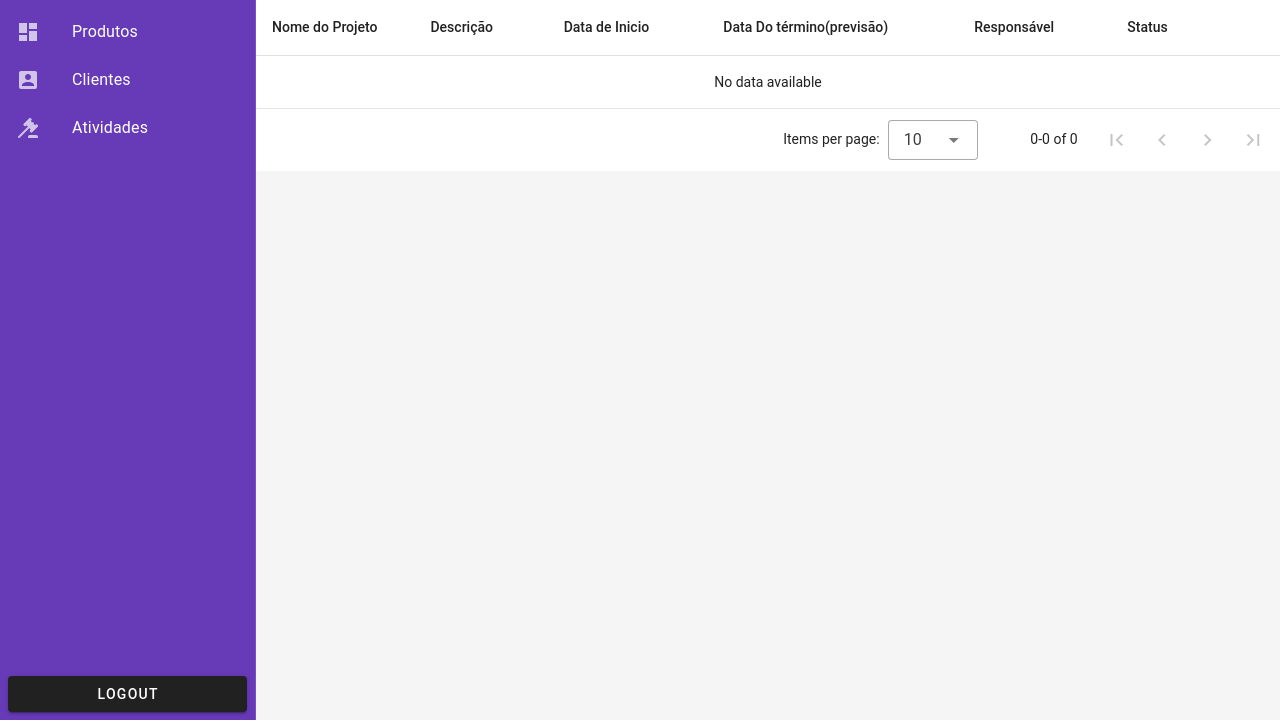
Repository: NtiSilva/Front_AG
Page: /products
These files come from the project's save history. The page is drawn as it stood at one moment and after the next save; the edit follows.
The browser window is 1280 px wide. The pictures show the whole page.
The page's requests for data from a server got no answer. The project was rebuilt for these pictures with package versions that can differ from the ones it lists, and the page was loaded fresh each time. No one was signed in, and anything a server would have sent is missing. Also part of the build but not shown: vite.config.mjs, src/components/Alert.vue, src/components/Atividades/FormActivities.vue, src/components/Atividades/index.vue, src/components/Clientes/FormClient.vue, src/components/Dialog.vue, src/components/DialogRemove.vue, src/components/Clientes/ListClients.vue and 9 more.

Above is the page before, as saved 2024-06-19 20:33:46.

After the next save:
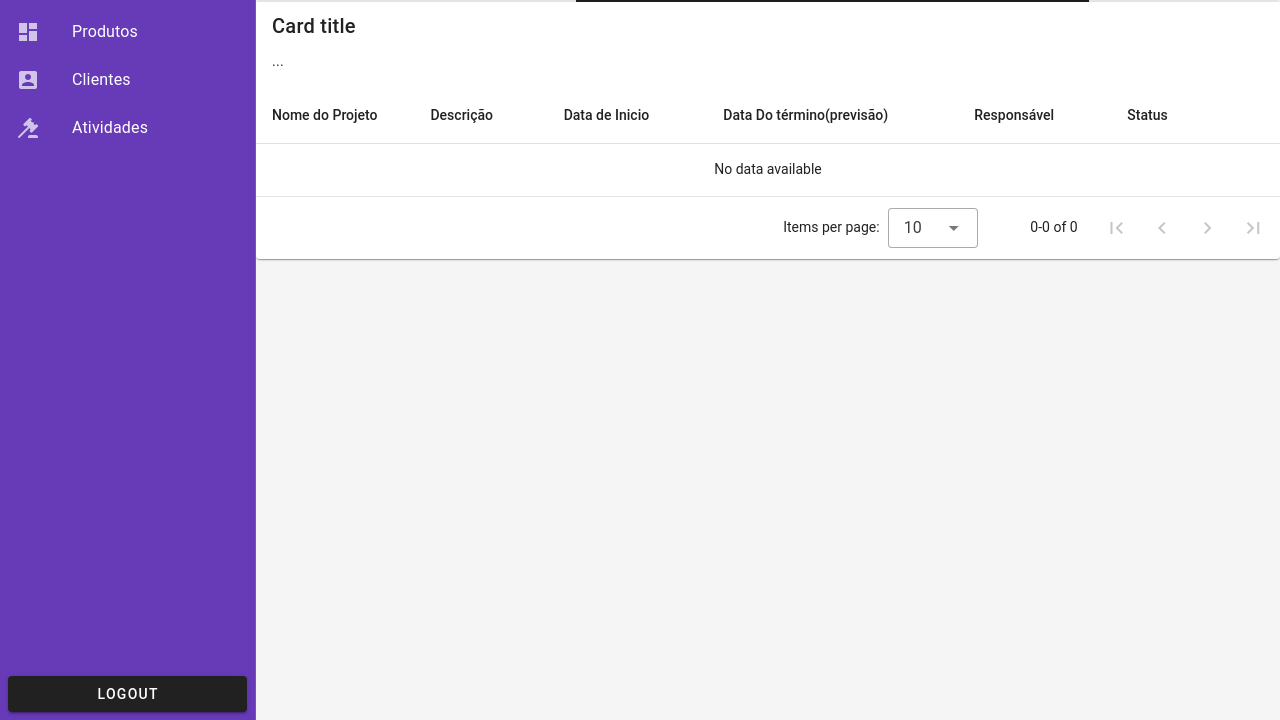
Saved 61 s later.
--- a/src/pages/Products.vue
+++ b/src/pages/Products.vue
@@ -1,4 +1,5 @@
 <template>
+  <v-card loading title="Card title" text="...">
   <v-data-table
     :headers="headers"
     :items="products"
@@ -9,6 +10,7 @@
       </v-chip>
     </template>
   </v-data-table>
+  </v-card>
 </template>
 
 <script>
